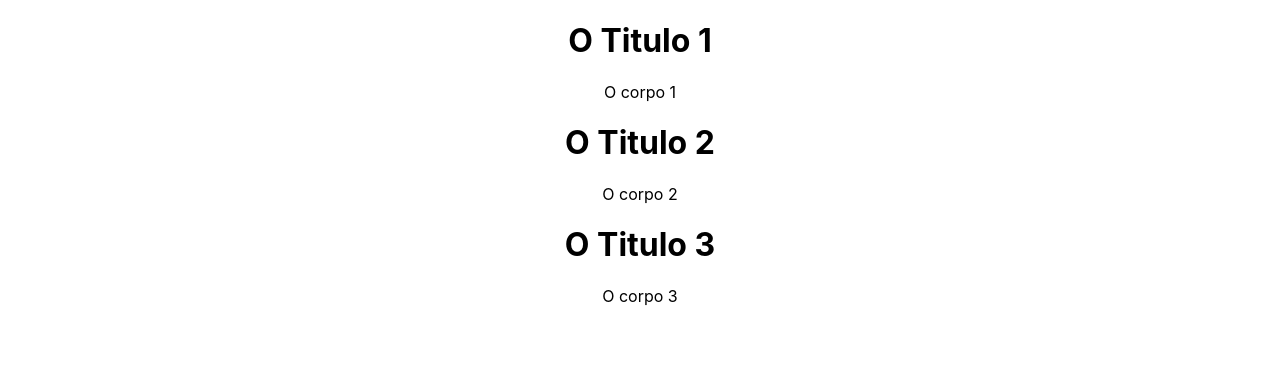
Repository: RobertoBaiochi/project-1
Page: /
The author's editor kept a copy of each file at every save. The page is drawn from the files as they stood at one save, then again after the next save.
The browser window is 1280 px wide. The pictures show the whole page.
The project was rebuilt for these pictures with package versions that can differ from the ones it lists, and the page was loaded fresh each time. Imported but missing from the stored project, and not drawn on this page: src/reportWebVitals.

Above is the page before, as saved 2022-11-15 22:58:31.

After the next save:
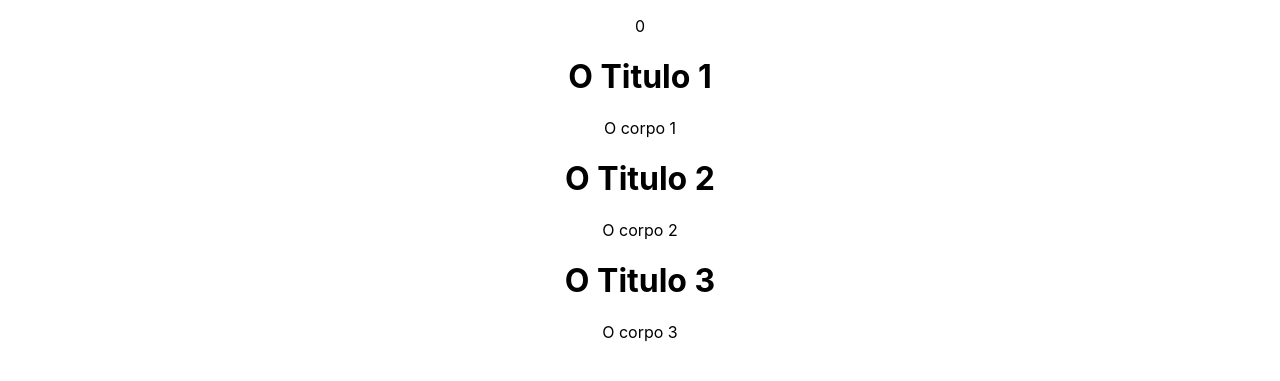
Saved 4 s later.
--- a/src/App.js
+++ b/src/App.js
@@ -31,7 +31,7 @@ class App extends Component {
     const { posts, counter } = this.state;
     return (
       <div className="App">
-        <p></p>
+        <p>{counter}</p>
         {posts.map((post) => {
           return (
             <div key={post.id} className="post">
